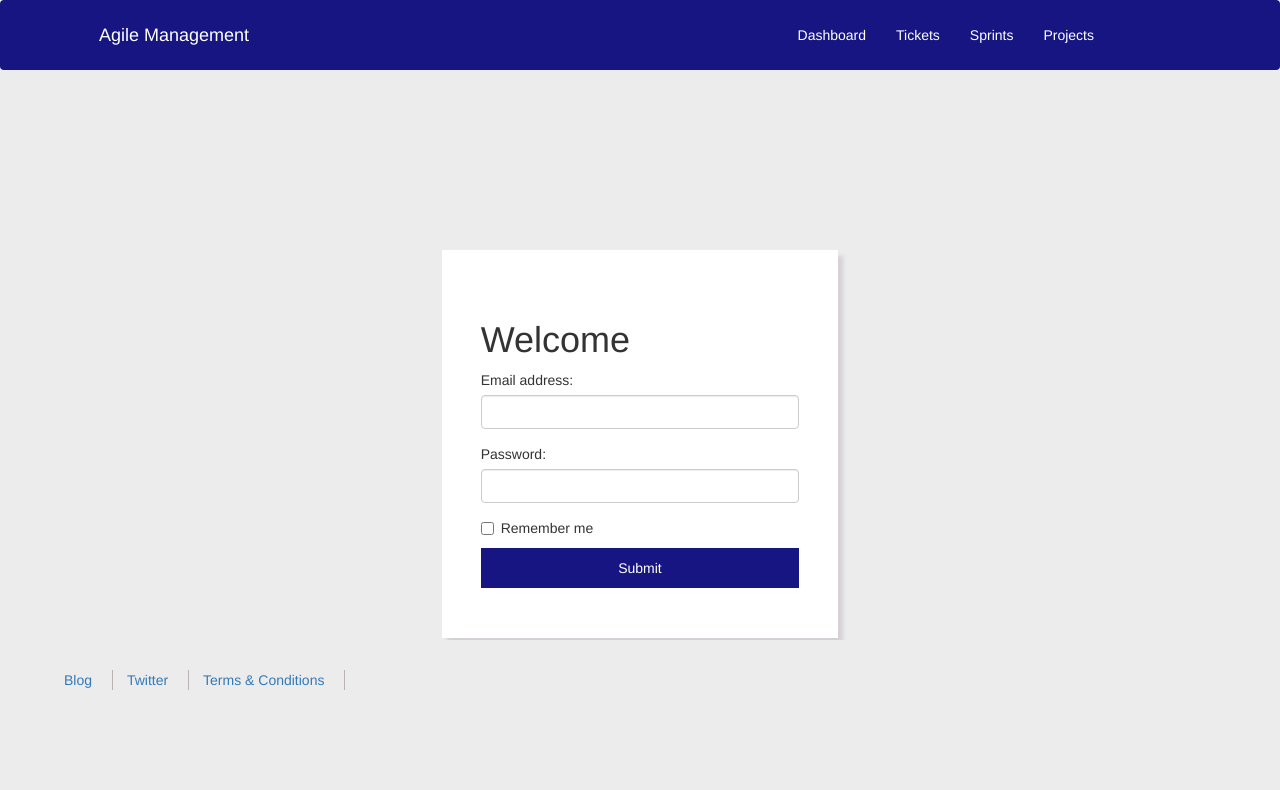
Repository: princexavier/agil
Page: http://localhost/Agile/
The author's editor kept a copy of each file at every save. The page is drawn from the files as they stood at one save, then again after the next save.
The browser window is 1280 px wide. The pictures show the whole page.
Some web libraries are served in a nearby version. The page is served by Tomcat 9.

Above is the page before, as saved 2018-01-19 04:35:18.

After the next save:
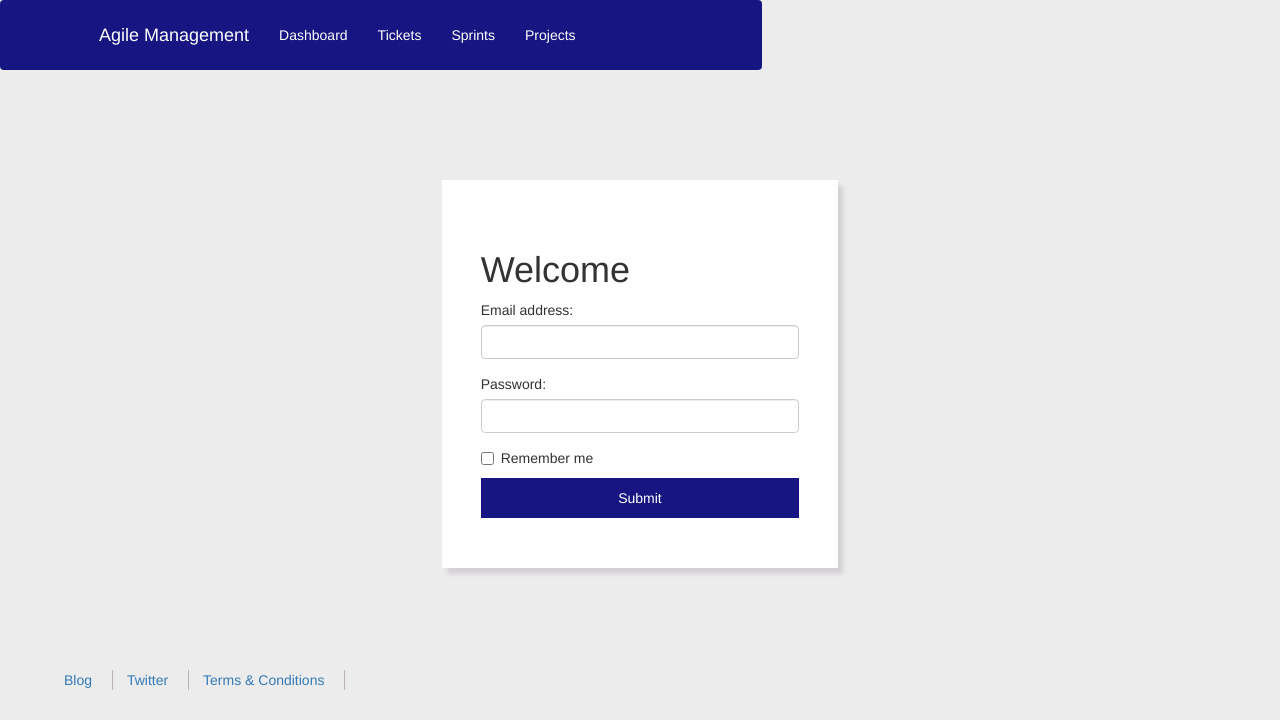
Saved 24 s later.
--- a/workspace/Agile/WebContent/index.jsp
+++ b/workspace/Agile/WebContent/index.jsp
@@ -19,7 +19,7 @@
 </head>
 
 <body>
-	<header>
+	<header style="position:fixed;top:0px;">
 		<nav class="navbar navbar-default">
 			<div class="container-fluid">
 				<div class="navbar-header">
